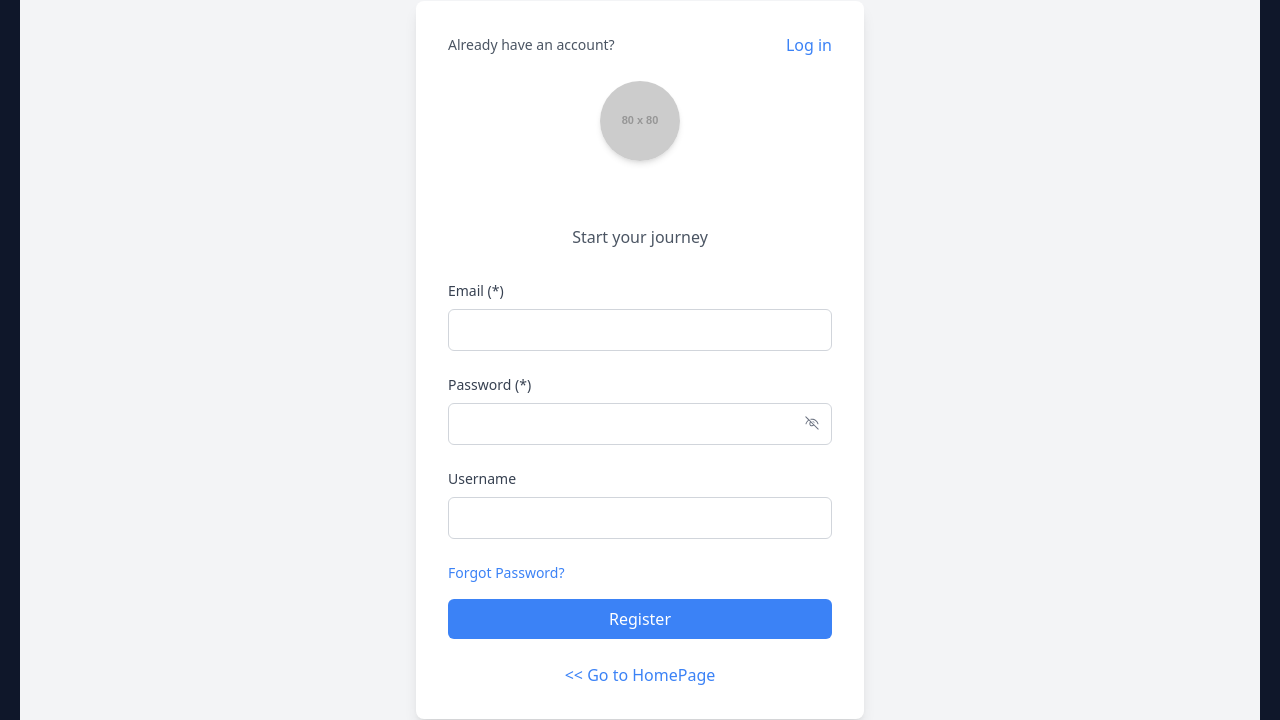
Repository: DatVX02/SWD392--ChienNV33
Page: /register (app in FE/ticket-reused/)
An editor plug-in stored every save of this project. The page is shown before and after the next save, followed by the edit.
The browser window is 1280 px wide. The pictures show the whole page.
The project was rebuilt for these pictures with package versions that can differ from the ones it lists, and the page was loaded fresh each time. Also part of the build but not shown: FE/ticket-reused/vite.config.js, FE/ticket-reused/src/components/banner/Banner.jsx, FE/ticket-reused/src/components/layout/Header.jsx, FE/ticket-reused/src/components/button/Button.jsx, FE/ticket-reused/src/components/loading/LoadingSkeleton.jsx, FE/ticket-reused/src/components/ticket/TicketCard.jsx, FE/ticket-reused/src/components/ticket/TicketList.jsx, FE/ticket-reused/src/App.jsx and 2 more.

Above is the page before, as saved 2024-10-09 20:57:35.

After the next save:
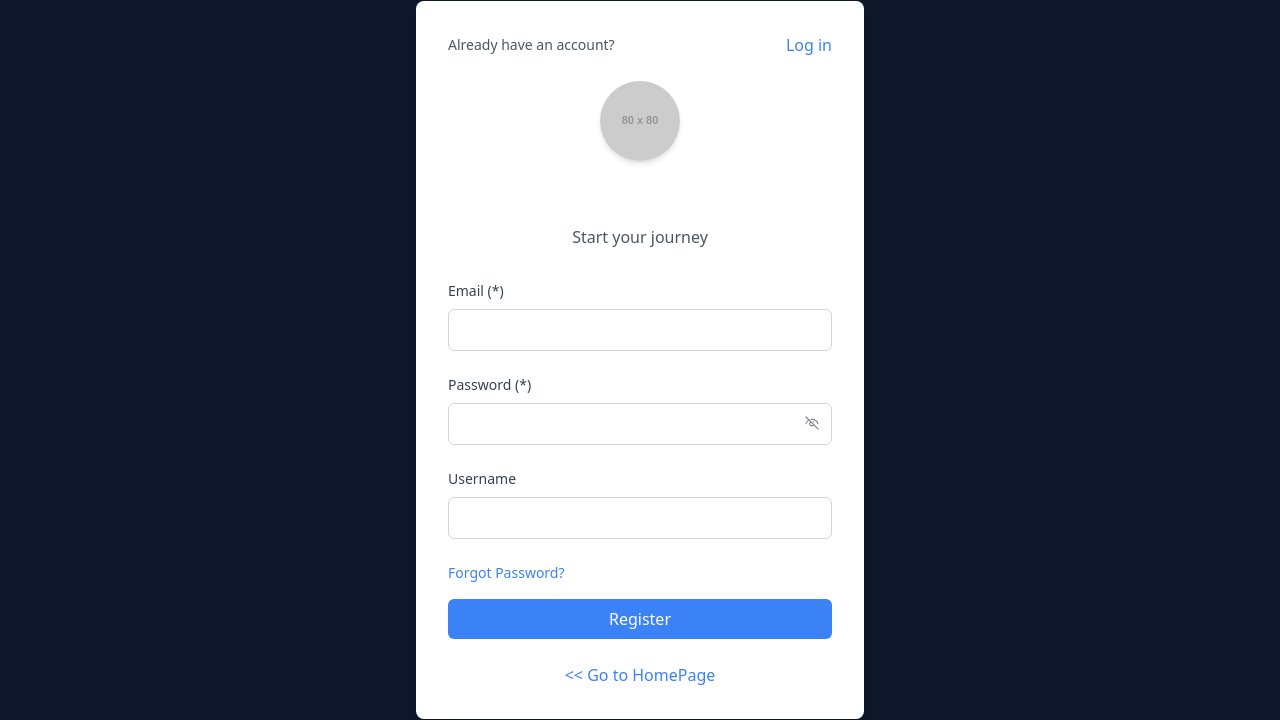
Saved 13 s later.
--- a/FE/ticket-reused/src/components/Auther/Register.jsx
+++ b/FE/ticket-reused/src/components/Auther/Register.jsx
@@ -43,7 +43,7 @@
   };
 
   return (
-    <div className="flex flex-col items-center justify-center min-h-screen bg-gray-100">
+    <div className="flex flex-col items-center justify-center min-h-screen">
       <div className="w-full max-w-md p-8 bg-white rounded-lg shadow-lg">
         {/* Header */}
         <div className="flex items-center justify-between mb-6">
